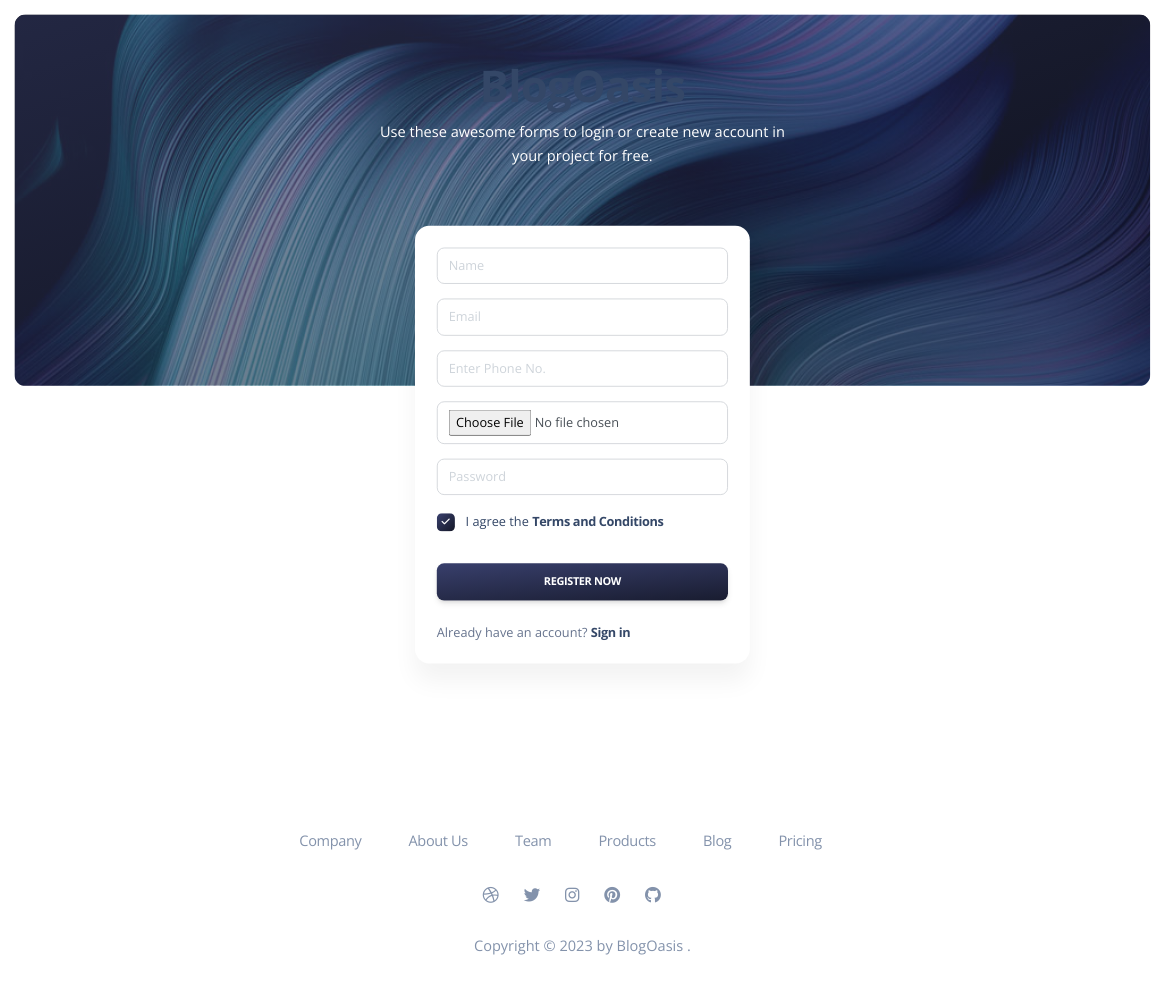
Repository: jigar-64/BlogOasis
Page: http://localhost/blogoasis/admin/pages/sign-up.php
These files come from the project's save history. The page is drawn as it stood at one moment and after the next save; the edit follows.
The browser window is 1280 px wide. The pictures show the whole page, at 91% of full size.
Some web libraries are served in a nearby version. The page is run by PHP 8.4 with error messages shown; the project is at /var/www/html/.

Above is the page before, as saved 2023-08-13 02:12:10.

### BlogOasis API/admin/pages/sign-up.php

<!DOCTYPE html>
<html lang="en">
  <head>
    <meta charset="UTF-8" />
    <meta http-equiv="X-UA-Compatible" content="IE=edge" />
    <meta name="viewport" content="width=device-width, initial-scale=1.0" />
    <link rel="apple-touch-icon" sizes="76x76" href="../assets/img/apple-icon.png" />
    <link rel="icon" type="image/png" href="../assets/img/favicon.png" />
    <title>Soft UI Dashboard Tailwind</title>
    <!-- Fonts and icons -->
    <link href="https://fonts.googleapis.com/css?family=Open+Sans:300,400,600,700" rel="stylesheet" />
    <!-- Font Awesome Icons -->
    <script src="https://kit.fontawesome.com/42d5adcbca.js" crossorigin="anonymous"></script>
    <!-- Nucleo Icons -->
    <link href="../assets/css/nucleo-icons.css" rel="stylesheet" />
    <link href="../assets/css/nucleo-svg.css" rel="stylesheet" />
    <!-- Main Styling -->
    <link href="../assets/css/soft-ui-dashboard-tailwind.css?v=1.0.5" rel="stylesheet" />

    <!-- Nepcha Analytics (nepcha.com) -->
    <!-- Nepcha is a easy-to-use web analytics. No cookies and fully compliant with GDPR, CCPA and PECR. -->
    <script defer data-site="YOUR_DOMAIN_HERE" src="https://api.nepcha.com/js/nepcha-analytics.js"></script>
  </head>

  <body class="m-0 font-sans antialiased font-normal bg-white text-start text-base leading-default text-slate-500">



    <main class="mt-0 transition-all duration-200 ease-soft-in-out">
      <section class="min-h-screen mb-32">
        <div class="relative flex items-start pt-12 pb-56 m-4 overflow-hidden bg-center bg-cover min-h-50-screen rounded-xl" style="background-image: url('../assets/img/curved-images/curved14.jpg')">
          <span class="absolute top-0 left-0 w-full h-full bg-center bg-cover bg-gradient-to-tl from-gray-900 to-slate-800 opacity-60"></span>
          <div class="container z-10">
            <div class="flex flex-wrap justify-center -mx-3">
              <div class="w-full max-w-full px-3 mx-auto mt-0 text-center lg:flex-0 shrink-0 lg:w-5/12">
                    <div class="typeAnimation">
                       <h1 >BlogOasis </h1>
                       <span></span>
                  </div>
                <p class="text-white">Use these awesome forms to login or create new account in your project for free.</p>
              </div>
            </div>
          </div>
        </div>
        <div class="container">
          <div class="flex flex-wrap -mx-3 -mt-48 md:-mt-56 lg:-mt-48">
            <div class="w-full max-w-full px-3 mx-auto mt-0 md:flex-0 shrink-0 md:w-7/12 lg:w-5/12 xl:w-4/12">
              <div class="relative z-0 flex flex-col min-w-0 break-words bg-white border-0 shadow-soft-xl rounded-2xl bg-clip-border">

                <div class="flex-auto p-6">
                  <form action="" role="form text-left" method="post" enctype="multipart/form-data" >
                    <div class="mb-4">
                      <input type="text" class="text-sm focus:shadow-soft-primary-outline leading-5.6 ease-soft block w-full appearance-none rounded-lg border border-solid border-gray-300 bg-white bg-clip-padding py-2 px-3 font-normal text-gray-700 transition-all focus:border-fuchsia-300 focus:bg-white focus:text-gray-700 focus:outline-none focus:transition-shadow" placeholder="Name" aria-label="Name" aria-describedby="email-addon" name="user_name" required/>
                    </div>
                    <div class="mb-4">
                      <input type="email" class="text-sm focus:shadow-soft-primary-outline leading-5.6 ease-soft block w-full appearance-none rounded-lg border border-solid border-gray-300 bg-white bg-clip-padding py-2 px-3 font-normal text-gray-700 transition-all focus:border-fuchsia-300 focus:bg-white focus:text-gray-700 focus:outline-none focus:transition-shadow" placeholder="Email" aria-label="Email" aria-describedby="email-addon" name="user_email" required />
                    </div>
                    <div class="mb-4">
                      <input type="text" class="text-sm focus:shadow-soft-primary-outline leading-5.6 ease-soft block w-full appearance-none rounded-lg border border-solid border-gray-300 bg-white bg-clip-padding py-2 px-3 font-normal text-gray-700 transition-all focus:border-fuchsia-300 focus:bg-white focus:text-gray-700 focus:outline-none focus:transition-shadow" placeholder="Enter Phone No." aria-label="pno" aria-describedby="email-addon" name="user_phoneNo" required />
                    </div>
                    <div class="mb-4">
                      <input type="file" class="text-sm focus:shadow-soft-primary-outline leading-5.6 ease-soft block w-full appearance-none rounded-lg border border-solid border-gray-300 bg-white bg-clip-padding py-2 px-3 font-normal text-gray-700 transition-all focus:border-fuchsia-300 focus:bg-white focus:text-gray-700 focus:outline-none focus:transition-shadow" placeholder="" aria-label="pno" aria-describedby="email-addon" name="user_img" required/>
                    </div>
                    <div class="mb-4">
                      <input type="password" class="text-sm focus:shadow-soft-primary-outline leading-5.6 ease-soft block w-full appearance-none rounded-lg border border-solid border-gray-300 bg-white bg-clip-padding py-2 px-3 font-normal text-gray-700 transition-all focus:border-fuchsia-300 focus:bg-white focus:text-gray-700 focus:outline-none focus:transition-shadow" placeholder="Password" aria-label="Password" aria-describedby="password-addon" name="user_pass" required/>
                    </div>
                    <div class="min-h-6 pl-6.92 mb-0.5 block">
                      <input id="terms" class="w-4.92 h-4.92 ease-soft -ml-6.92 rounded-1.4 checked:bg-gradient-to-tl checked:from-gray-900 checked:to-slate-800 after:text-xxs after:font-awesome after:duration-250 after:ease-soft-in-out duration-250 relative float-left mt-1 cursor-pointer appearance-none border border-solid border-slate-200 bg-white bg-contain bg-center bg-no-repeat align-top transition-all after:absolute after:flex after:h-full after:w-full after:items-center after:justify-center after:text-white after:opacity-0 after:transition-all after:content-['\f00c'] checked:border-0 checked:border-transparent checked:bg-transparent checked:after:opacity-100" type="checkbox" value="" checked />
                      <label class="mb-2 ml-1 font-normal cursor-pointer select-none text-sm text-slate-700" for="terms"> I agree the <a href="javascript:;" class="font-bold text-slate-700">Terms and Conditions</a> </label>
                    </div>
                    <div class="text-center">
                      <button type="submit" class="inline-block w-full px-6 py-3 mt-6 mb-2 font-bold text-center text-white uppercase align-middle transition-all bg-transparent border-0 rounded-lg cursor-pointer active:opacity-85 hover:scale-102 hover:shadow-soft-xs leading-pro text-xs ease-soft-in tracking-tight-soft shadow-soft-md bg-150 bg-x-25 bg-gradient-to-tl from-gray-900 to-slate-800 hover:border-slate-700 hover:bg-slate-700 hover:text-white" name="register">Register Now</button>
                    </div>
                    <p class="mt-4 mb-0 leading-normal text-sm">Already have an account? <a href="../pages/sign-in.html" class="font-bold text-slate-700">Sign in</a></p>
                  </form>
                </div>
              </div>
            </div>
          </div>
        </div>
      </section>
      <!-- -------- START FOOTER 3 w/ COMPANY DESCRIPTION WITH LINKS & SOCIAL ICONS & COPYRIGHT ------- -->
      <footer class="py-12">
        <div class="container">
          <div class="flex flex-wrap -mx-3">
            <div class="flex-shrink-0 w-full max-w-full mx-auto mb-6 text-center lg:flex-0 lg:w-8/12">
              <a href="#" target="_blank" class="mb-2 mr-4 text-slate-400 sm:mb-0 xl:mr-12"> Company </a>
              <a href="#" target="_blank" class="mb-2 mr-4 text-slate-400 sm:mb-0 xl:mr-12"> About Us </a>
              <a href="#" target="_blank" class="mb-2 mr-4 text-slate-400 sm:mb-0 xl:mr-12"> Team </a>
              <a href="#" target="_blank" class="mb-2 mr-4 text-slate-400 sm:mb-0 xl:mr-12"> Products </a>
              <a href="#" target="_blank" class="mb-2 mr-4 text-slate-400 sm:mb-0 xl:mr-12"> Blog </a>
              <a href="#" target="_blank" class="mb-2 mr-4 text-slate-400 sm:mb-0 xl:mr-12"> Pricing </a>
            </div>
            <div class="flex-shrink-0 w-full max-w-full mx-auto mt-2 mb-6 text-center lg:flex-0 lg:w-8/12">
              <a href="#" target="_blank" class="mr-6 text-slate-400">
                <span class="text-lg fab fa-dribbble"></span>
              </a>
              <a href="#" target="_blank" class="mr-6 text-slate-400">
                <span class="text-lg fab fa-twitter"></span>
              </a>
              <a href="#" target="_blank" class="mr-6 text-slate-400">
                <span class="text-lg fab fa-instagram"></span>
              </a>
              <a href="#" target="_blank" class="mr-6 text-slate-400">
                <span class="text-lg fab fa-pinterest"></span>
              </a>
              <a href="#" target="_blank" class="mr-6 text-slate-400">
                <span class="text-lg fab fa-github"></span>
              </a>
            </div>
          </div>
          <div class="flex flex-wrap -mx-3">
            <div class="w-8/12 max-w-full px-3 mx-auto mt-1 text-center flex-0">
              <p class="mb-0 text-slate-400">
                Copyright ©
                <script>
                  document.write(new Date().getFullYear());
                </script>
                 by BlogOasis .
              </p>
            </div>
          </div>
        </div>
      </footer>
      <!-- -------- END FOOTER 3 w/ COMPANY DESCRIPTION WITH LINKS & SOCIAL ICONS & COPYRIGHT ------- -->
    </main>
  </body>
  <!-- plugin for scrollbar  -->
  <script src="../assets/js/plugins/perfect-scrollbar.min.js" async></script>
  <!-- main script file  -->
  <script src="../assets/js/soft-ui-dashboard-tailwind.js?v=1.0.5" async></script>
</html>

### BlogOasis API/admin/assets/css/nucleo-svg.css
/* Generated using nucleoapp.com */
/* --------------------------------

Icon colors

-------------------------------- */

.icon {
  display: inline-block;
  /* icon primary color */
  color: #111111;
  height: 1em;
  width: 1em;
}

.icon use {
  /* icon secondary color - fill */
  fill: #7ea6f6;
}

.icon.icon-outline use {
  /* icon secondary color - stroke */
  stroke: #7ea6f6;
}

/* --------------------------------

Change icon size

-------------------------------- */

.icon-xs {
  height: 0.5em;
  width: 0.5em;
}

.icon-sm {
  height: 0.8em;
  width: 0.8em;
}

.icon-lg {
  height: 1.6em;
  width: 1.6em;
}

.icon-xl {
  height: 2em;
  width: 2em;
}

/* --------------------------------

Align icon and text

-------------------------------- */

.icon-text-aligner {
  /* add this class to parent element that contains icon + text */
  display: flex;
  align-items: center;
}

.icon-text-aligner .icon {
  color: inherit;
  margin-right: 0.4em;
}

.icon-text-aligner .icon use {
  color: inherit;
  fill: currentColor;
}

.icon-text-aligner .icon.icon-outline use {
  stroke: currentColor;
}

/* --------------------------------

Icon reset values - used to enable color customizations

-------------------------------- */

.icon {
  fill: currentColor;
  stroke: none;
}

.icon.icon-outline {
  fill: none;
  stroke: currentColor;
}

.icon use {
  stroke: none;
}

.icon.icon-outline use {
  fill: none;
}

/* --------------------------------

Stroke effects - Nucleo outline icons

- 16px icons -> up to 1px stroke (16px outline icons do not support stroke changes)
- 24px, 32px icons -> up to 2px stroke
- 48px, 64px icons -> up to 4px stroke

-------------------------------- */

.icon-outline.icon-stroke-1 {
  stroke-width: 1px;
}

.icon-outline.icon-stroke-2 {
  stroke-width: 2px;
}

.icon-outline.icon-stroke-3 {
  stroke-width: 3px;
}

.icon-outline.icon-stroke-4 {
  stroke-width: 4px;
}

.icon-outline.icon-stroke-1 use,
.icon-outline.icon-stroke-3 use {
  -webkit-transform: translateX(0.5px) translateY(0.5px);
  -moz-transform: translateX(0.5px) translateY(0.5px);
  -ms-transform: translateX(0.5px) translateY(0.5px);
  -o-transform: translateX(0.5px) translateY(0.5px);
  transform: translateX(0.5px) translateY(0.5px);
}

### BlogOasis API/admin/assets/css/perfect-scrollbar.css
/*
 * Container style
 */
.ps {
  overflow: hidden !important;
  overflow-anchor: none;
  -ms-overflow-style: none;
  touch-action: auto;
  -ms-touch-action: auto;
}

/*
   * Scrollbar rail styles
   */
.ps__rail-x {
  display: none;
  opacity: 0;
  transition: background-color 0.2s linear, opacity 0.2s linear;
  -webkit-transition: background-color 0.2s linear, opacity 0.2s linear;
  height: 15px;
  /* there must be 'bottom' or 'top' for ps__rail-x */
  bottom: 0px;
  /* please don't change 'position' */
  position: absolute;
}

.ps__rail-y {
  display: none;
  opacity: 0;
  transition: background-color 0.2s linear, opacity 0.2s linear;
  -webkit-transition: background-color 0.2s linear, opacity 0.2s linear;
  width: 15px;
  /* there must be 'right' or 'left' for ps__rail-y */
  right: 0;
  /* please don't change 'position' */
  position: absolute;
}

.ps--active-x > .ps__rail-x,
.ps--active-y > .ps__rail-y {
  display: block;
  background-color: transparent;
}

.ps:hover > .ps__rail-x,
.ps:hover > .ps__rail-y,
.ps--focus > .ps__rail-x,
.ps--focus > .ps__rail-y,
.ps--scrolling-x > .ps__rail-x,
.ps--scrolling-y > .ps__rail-y {
  opacity: 0.6;
}

.ps .ps__rail-x:hover,
.ps .ps__rail-y:hover,
.ps .ps__rail-x:focus,
.ps .ps__rail-y:focus,
.ps .ps__rail-x.ps--clicking,
.ps .ps__rail-y.ps--clicking {
  background-color: #eee;
  opacity: 0.9;
}

/*
   * Scrollbar thumb styles
   */
.ps__thumb-x {
  background-color: #aaa;
  border-radius: 6px;
  transition: background-color 0.2s linear, height 0.2s ease-in-out;
  -webkit-transition: background-color 0.2s linear, height 0.2s ease-in-out;
  height: 6px;
  /* there must be 'bottom' for ps__thumb-x */
  bottom: 2px;
  /* please don't change 'position' */
  position: absolute;
}

.ps__thumb-y {
  background-color: #aaa;
  border-radius: 6px;
  transition: background-color 0.2s linear, width 0.2s ease-in-out;
  -webkit-transition: background-color 0.2s linear, width 0.2s ease-in-out;
  width: 6px;
  /* there must be 'right' for ps__thumb-y */
  right: 2px;
  /* please don't change 'position' */
  position: absolute;
}

.ps__rail-x:hover > .ps__thumb-x,
.ps__rail-x:focus > .ps__thumb-x,
.ps__rail-x.ps--clicking .ps__thumb-x {
  background-color: #999;
  height: 11px;
}

.ps__rail-y:hover > .ps__thumb-y,
.ps__rail-y:focus > .ps__thumb-y,
.ps__rail-y.ps--clicking .ps__thumb-y {
  background-color: #999;
  width: 11px;
}

/* MS supports */
@supports (-ms-overflow-style: none) {
  .ps {
    overflow: auto !important;
  }
}

@media screen and (-ms-high-contrast: active), (-ms-high-contrast: none) {
  .ps {
    overflow: auto !important;
  }
}

Loaded but not shown: BlogOasis API/admin/assets/js/plugins/perfect-scrollbar.min.js (library); BlogOasis API/admin/assets/js/soft-ui-dashboard-tailwind.js (79 lines, source omitted); BlogOasis API/admin/assets/js/perfect-scrollbar.js (36 lines, source omitted); BlogOasis API/admin/assets/css/soft-ui-dashboard-tailwind.css (4273 lines, source omitted); BlogOasis API/admin/assets/css/nucleo-icons.css (597 lines, source omitted)

After the next save:
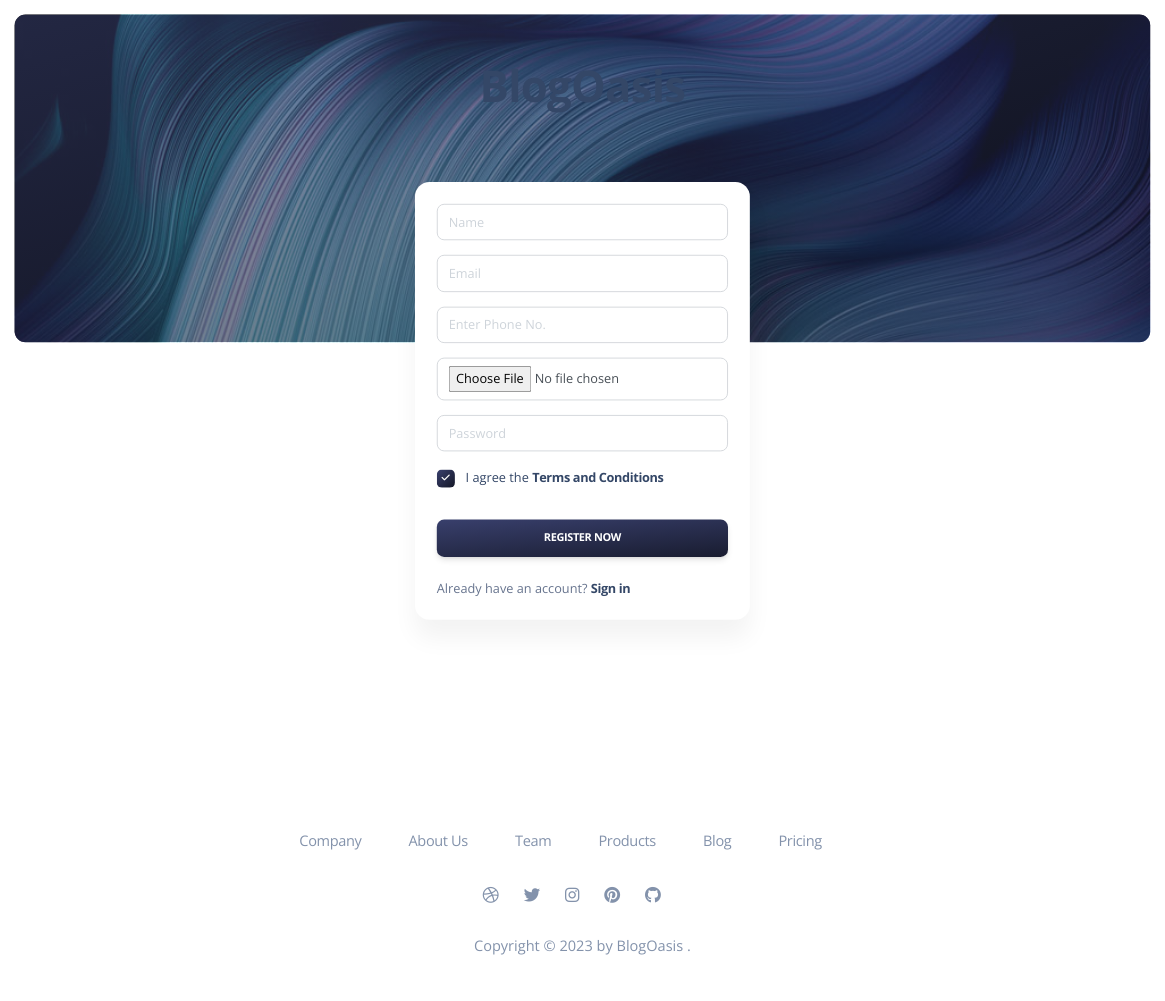
Saved 14 s later.
--- a/BlogOasis API/admin/pages/sign-up.php
+++ b/BlogOasis API/admin/pages/sign-up.php
@@ -38,7 +38,7 @@
                        <h1 >BlogOasis </h1>
                        <span></span>
                   </div>
-                <p class="text-white">Use these awesome forms to login or create new account in your project for free.</p>
+                <!-- <p class="text-white">Use these awesome forms to login or create new account in your project for free.</p> -->
               </div>
             </div>
           </div>
